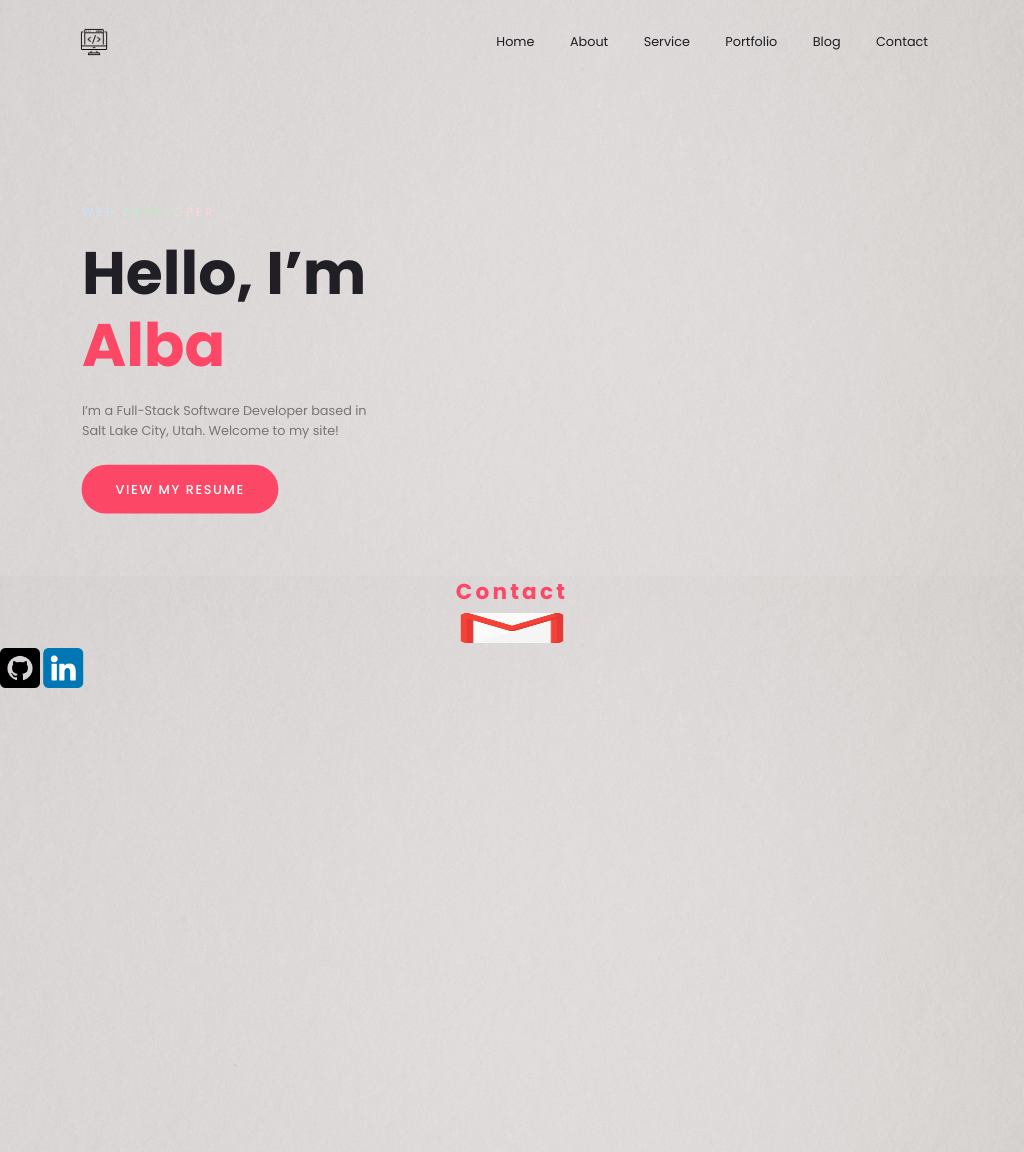
Repository: pilar122/port
Page: index.html
The author's editor kept a copy of each file at every save. The page is drawn from the files as they stood at one save, then again after the next save.
The browser window is 1280 px wide. The pictures show the whole page, at 80% of full size.

Above is the page before, as saved 2022-01-29 17:04:50.

After the next save:
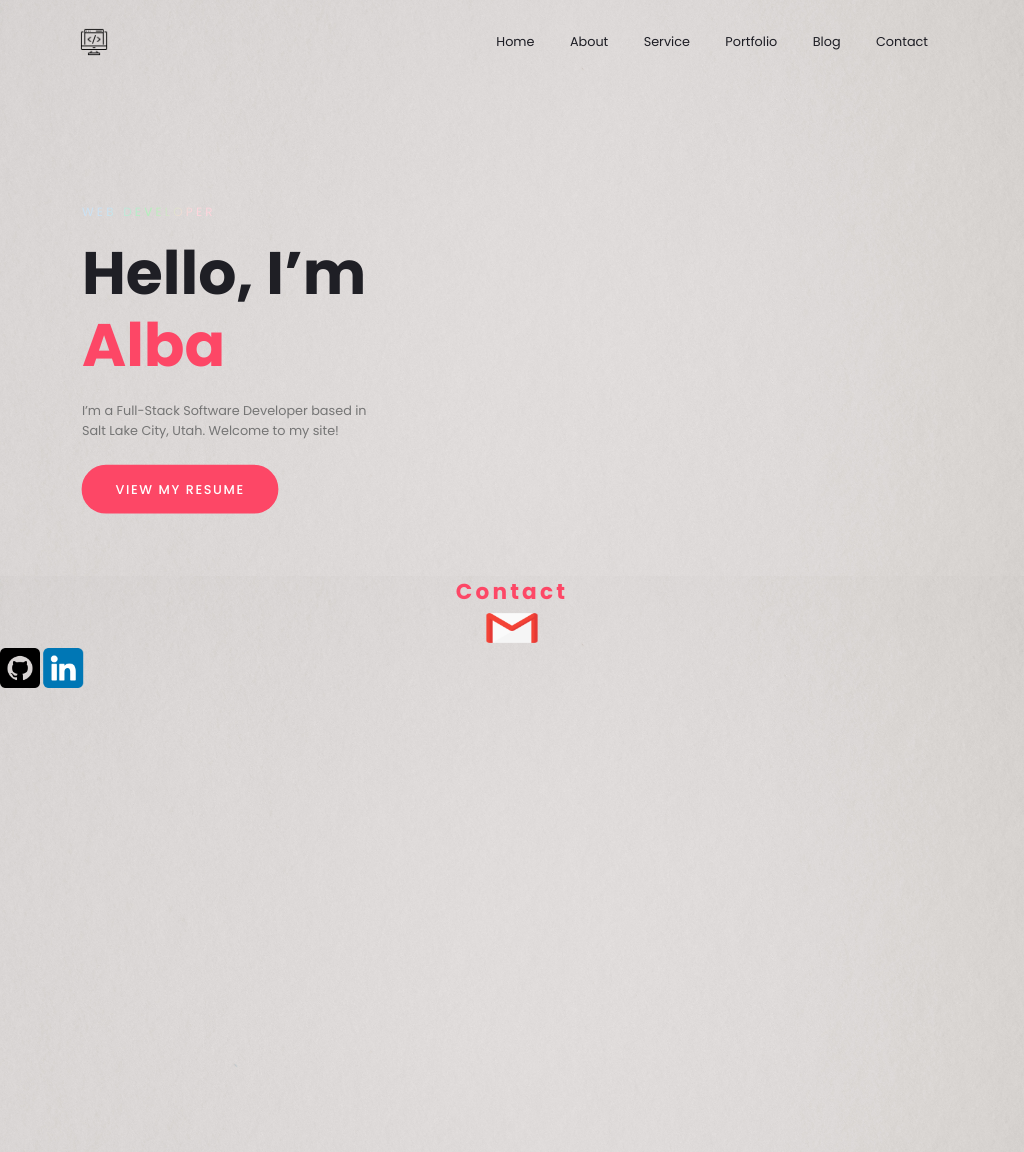
Saved 6 s later.
--- a/style.css
+++ b/style.css
@@ -117,5 +117,5 @@ nav ul li a:hover:after{
     display: block;
   margin-left: auto;
   margin-right: auto;
-  width: 10%;
+  width: 5%;
 }
